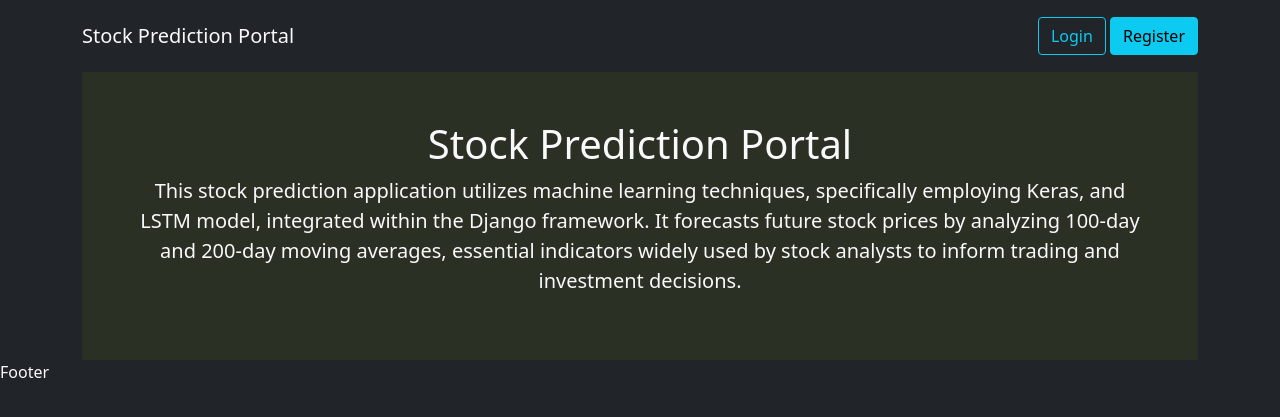
Repository: killerTiger10/stock-prediction-portal
Page: /login (app in frontend-react/)
An editor plug-in stored every save of this project. The page is shown before and after the next save, followed by the edit.
The browser window is 1280 px wide. The pictures show the whole page.
The project was rebuilt for these pictures with package versions that can differ from the ones it lists, and the page was loaded fresh each time. Also part of the build but not shown: frontend-react/vite.config.js.

Above is the page before, as saved 2025-06-14 00:07:16.

After the next save:
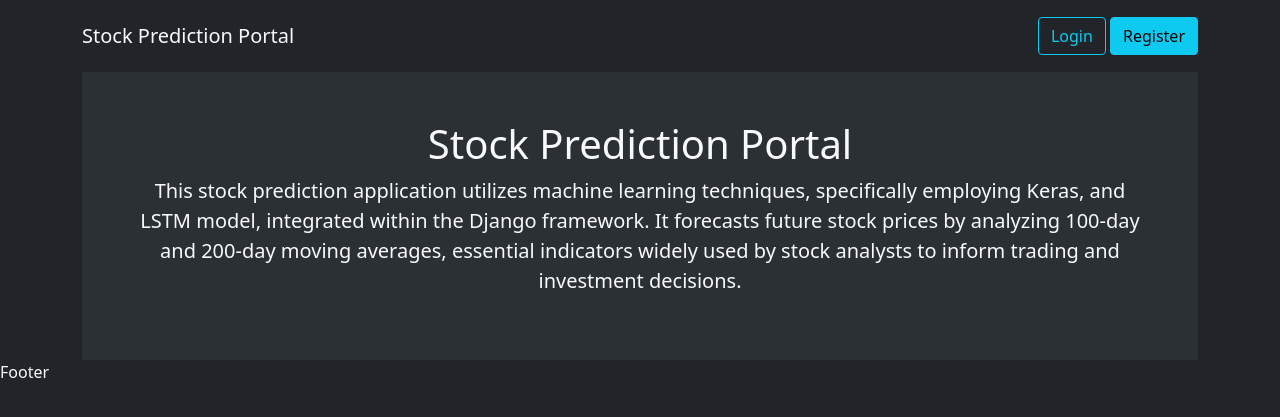
Saved 36 s later.
--- a/frontend-react/src/assets/css/style.css
+++ b/frontend-react/src/assets/css/style.css
@@ -3,5 +3,5 @@ body {
 }
 
 .bg-light-dark {
-  background-color: #2b3025;
+  background-color: #2b3035;
 }
